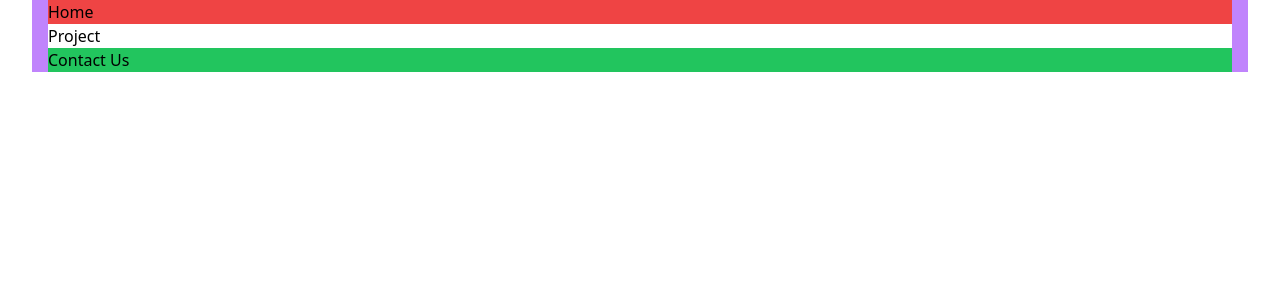
Repository: ashut6138/RozarpayClone
Page: Desktop/RozarpayClone/index.html
These files come from the project's save history. The page is drawn as it stood at one moment and after the next save; the edit follows.
The browser window is 1280 px wide. The pictures show the whole page.
Some web libraries are served in a nearby version.

Above is the page before, as saved 2025-01-21 23:12:29.

After the next save:
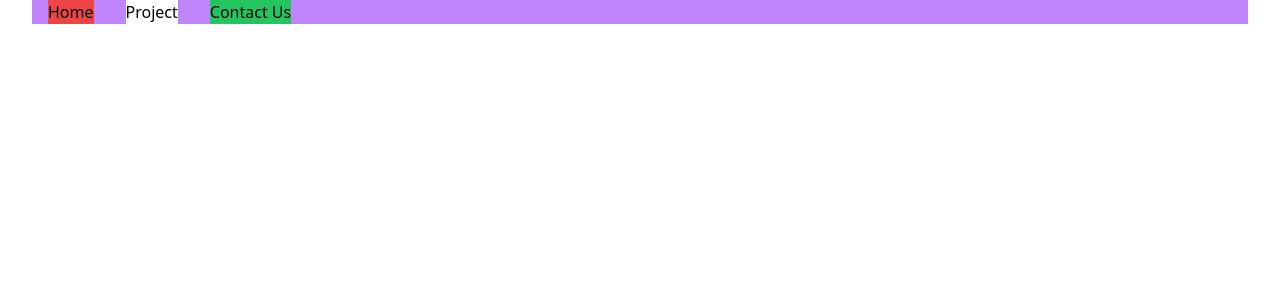
Saved 17 s later.
--- a/Desktop/RozarpayClone/index.html
+++ b/Desktop/RozarpayClone/index.html
@@ -9,7 +9,7 @@
 </head>
 <body>
     <nav>
-        <ul class="mx-8 bg-purple-400">
+        <ul class="mx-8 bg-purple-400 flex">
             <li class="mx-4 bg-red-500">Home</li>
             <li class="mx-4 bg-white">Project</li>
             <li class="mx-4 bg-green-500">Contact Us</li>
